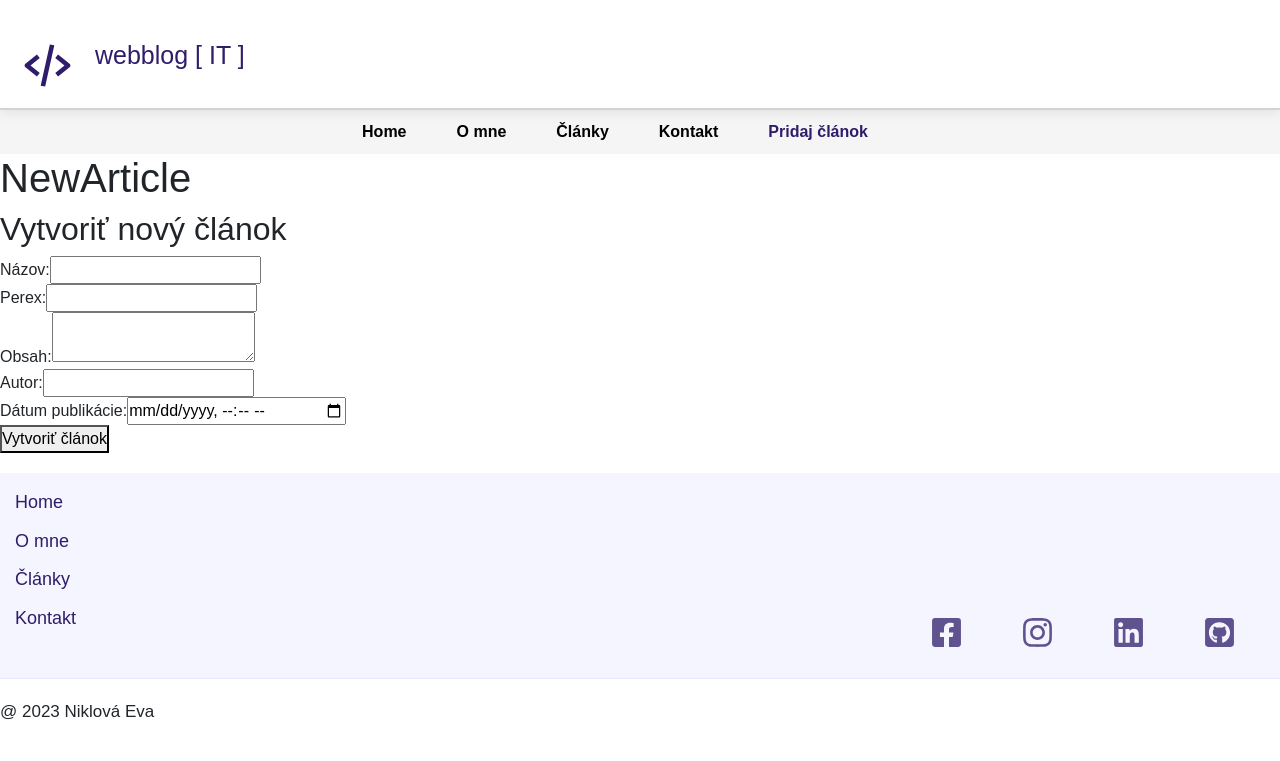
Repository: eniklova/github-bl
Page: /newarticel
An editor plug-in stored every save of this project. The page is shown before and after the next save, followed by the edit.
The browser window is 1280 px wide. The pictures show the whole page.
Some web fonts or font styles are not loaded; a fallback is used. The project was rebuilt for these pictures with package versions that can differ from the ones it lists, and the page was loaded fresh each time. Also part of the build but not shown: src/components/ArticleList.js, src/components/HeroSlider.css, src/components/HeroSlider.js, src/pages/Home.js, src/pages/Aboutme.js, src/data.js, src/pages/Articles.js, src/pages/Kontakt.js and 1 more.

Above is the page before, as saved 2023-10-10 11:05:56.

After the next save:
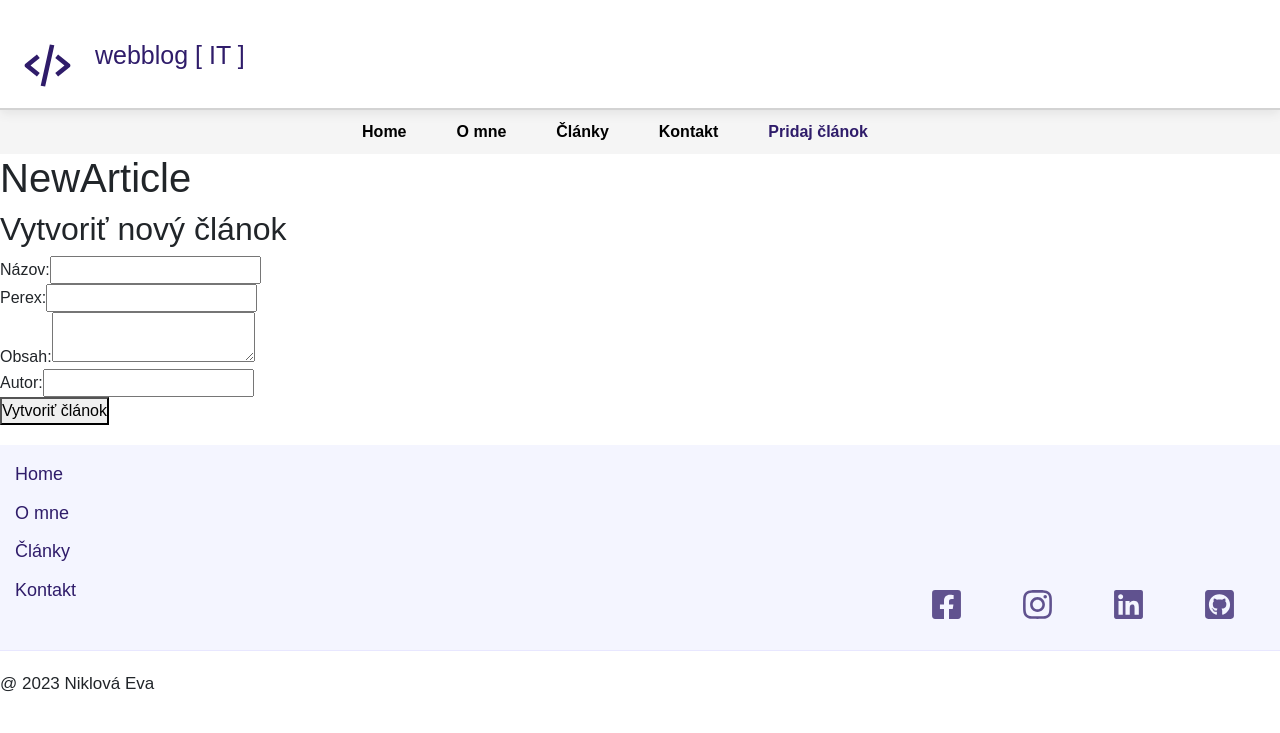
Saved 30 s later.
--- a/src/components/ArticleForm.js
+++ b/src/components/ArticleForm.js
@@ -73,16 +73,7 @@ function ArticleForm() {
             onChange={handleChange}
           />
         </div>
-        <div>
-          <label htmlFor="published_at">Dátum publikácie:</label>
-          <input
-            type="datetime-local"
-            id="published_at"
-            name="published_at"
-            value={formData.published_at}
-            onChange={handleChange}
-          />
-        </div>
+
         <button type="submit">Vytvoriť článok</button>
       </form>
     </div>
